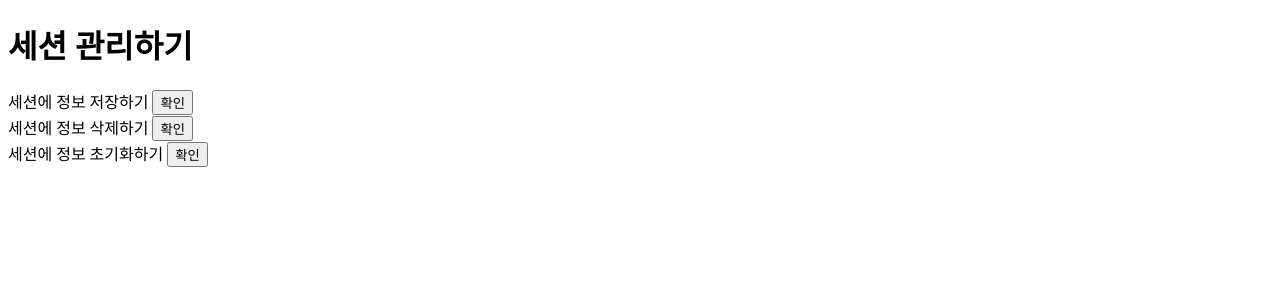
Repository: asnqty/workspace_jsp
Page: http://localhost/chapter02_jsp/Ex06_01_session.jsp
An editor plug-in stored every save of this project. The page is shown before and after the next save, followed by the edit.
The browser window is 1280 px wide. The pictures show the whole page.
The page is served by Tomcat 9.

Above is the page before, as saved 2025-11-25 06:16:43.

### chapter02_jsp/WebContent/Ex06_01_session.jsp
<%@ page language="java" contentType="text/html; charset=UTF-8"
    pageEncoding="UTF-8"%>
<!DOCTYPE html>
<html>
<head>
<meta charset="UTF-8">
<title>Insert title here</title>
</head>
<body>
	<h1>세션 관리하기</h1>
	<div>
		세션에 정보 저장하기
		<input type="button" value="확인" onclick="saveSession()">
	</div>
	<div>
		세션에 정보 삭제하기
		<input type="button" value="확인" onclick="removeSession('name')">
	</div>
	<div>
		세션에 정보 초기화하기
		<input type="button" value="확인" onclick="initSession()">
	</div>
</body>
<script type="text/javascript">
	function saveSession(){
		location.href = 'Ex06_04_session_save.jsp';
	}
	function removeSession(val){
		location.href = 'Ex06_03_session_remove.jsp?type=' + val;
	}
	function initSession(){
		location.href = 'Ex06_02_session_init.jsp';
	}
</script>
</html>

After the next save:
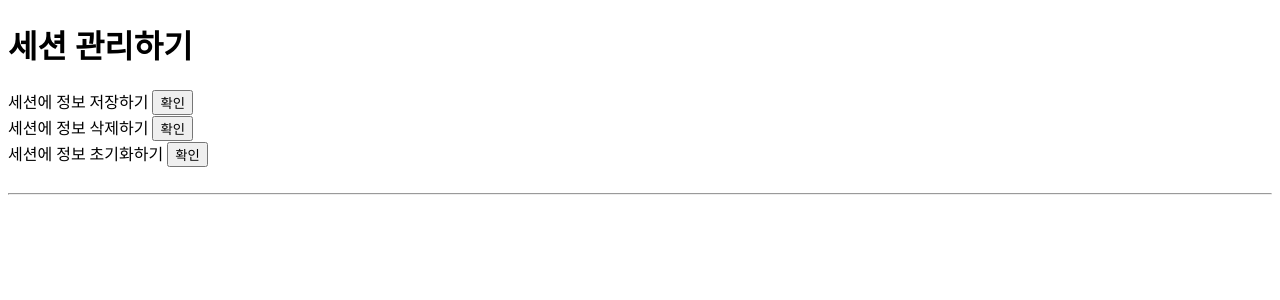
Saved 57 s later.
--- a/chapter02_jsp/WebContent/Ex06_01_session.jsp
+++ b/chapter02_jsp/WebContent/Ex06_01_session.jsp
@@ -20,6 +20,14 @@
 		세션에 정보 초기화하기
 		<input type="button" value="확인" onclick="initSession()">
 	</div>
+
+	<br> <hr>
+
+	<%
+		// 세션에 저장된 데이터(이름, 나이) 확인
+		String name = null;
+		String age = null;
+	%>
 </body>
 <script type="text/javascript">
 	function saveSession(){
